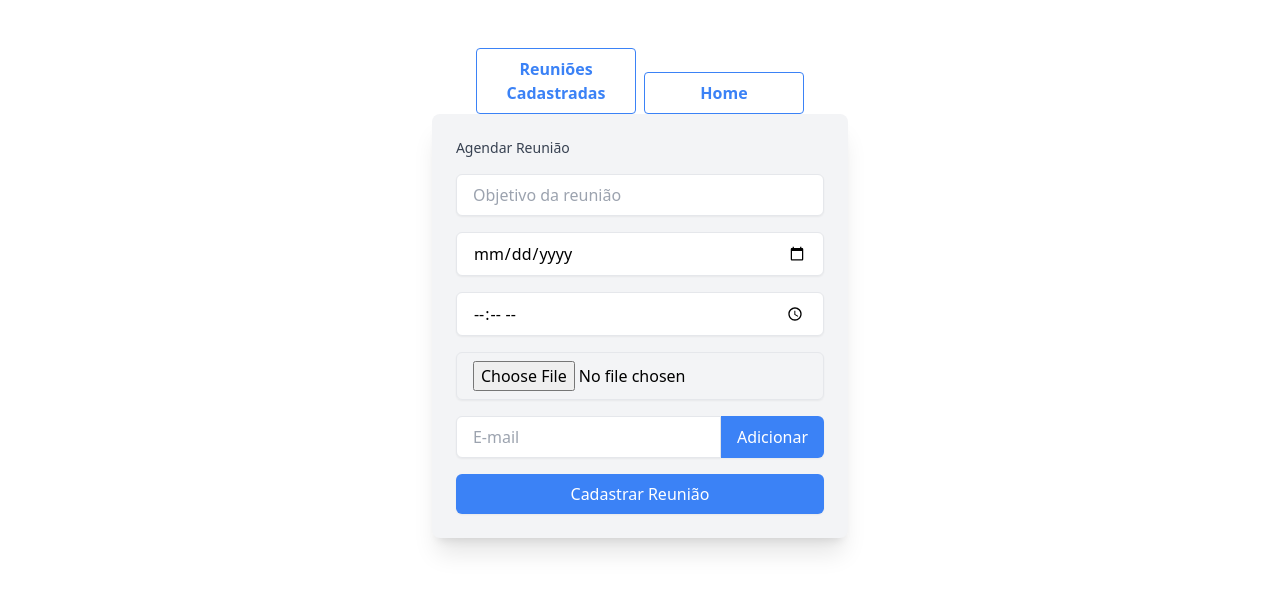
Repository: TamiBeira/meeting
Page: /form
These files come from the project's save history. The page is drawn as it stood at one moment and after the next save; the edit follows.
The browser window is 1280 px wide. The pictures show the whole page.
The project was rebuilt for these pictures with package versions that can differ from the ones it lists, and the page was loaded fresh each time. Also part of the build but not shown: vite.config.ts, src/contexts/MeetingsContext.tsx, src/components/MeetingsView.tsx, src/components/HomePage.tsx.

Above is the page before, as saved 2024-02-26 23:52:33.

After the next save:
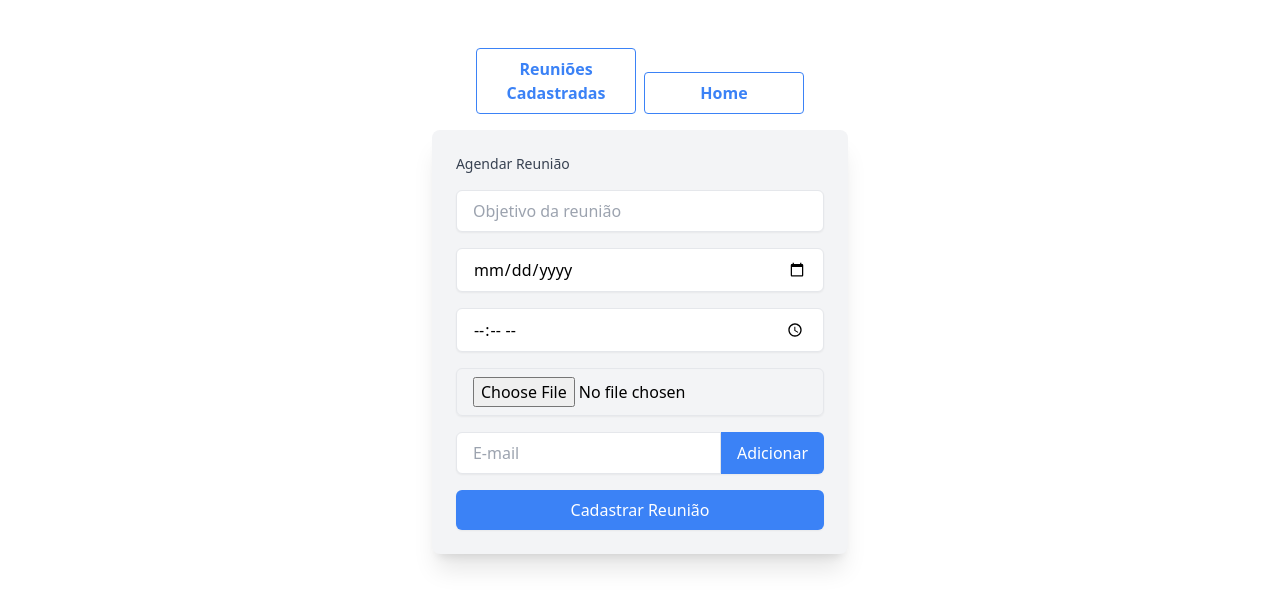
Saved 17 s later.
--- a/src/components/Form.tsx
+++ b/src/components/Form.tsx
@@ -21,7 +21,7 @@ export const Form = () => {
 
   return (
     <main className="flex flex-col items-center mt-8">
-      <div className="mt-4">
+      <div className="mt-4 mb-4">
         <Link to="/meetings" className="w-40 inline-block text-center border border-solid border-blue-500 text-blue-500 font-bold mr-2 px-4 py-2 rounded">Reuniões Cadastradas</Link>
         <Link to="/" className="w-40 inline-block text-center border border-solid border-blue-500 text-blue-500 font-bold px-4 py-2 rounded">Home</Link>
       </div>
